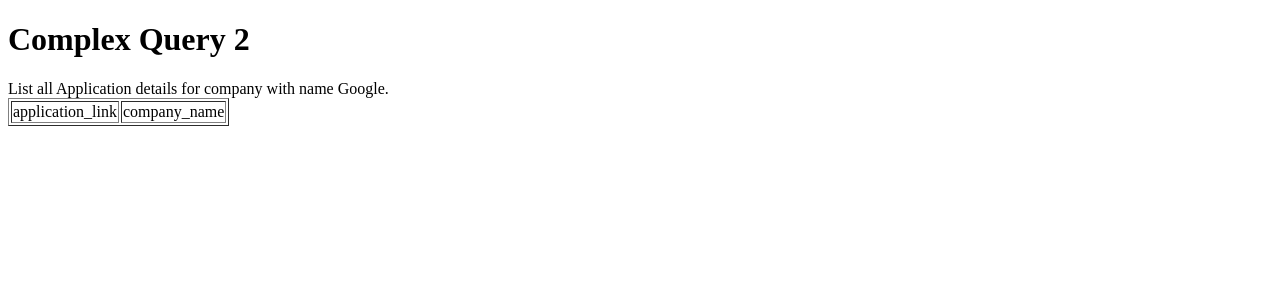
Repository: tanmaysarin/csjobdatabase
Page: http://localhost/CS480Demo/jsps/Queries/CQuery5.jsp
An editor plug-in stored every save of this project. The page is shown before and after the next save, followed by the edit.
The browser window is 1280 px wide. The pictures show the whole page.
The page is served by Tomcat 9. Other server files are loaded and not shown. Queries for data that is not in the repository find no rows.

Above is the page before, as saved 2020-08-02 02:02:13.

### CS480Demo/WebContent/jsps/Queries/CQuery5.jsp
<%@ page language="java" contentType="text/html; charset=UTF-8"
    pageEncoding="UTF-8"%>
<%@ taglib prefix="c" uri="http://java.sun.com/jsp/jstl/core" %>
<%@ taglib prefix="sql" uri="http://java.sun.com/jsp/jstl/sql" %>

<%@page import="java.sql.DriverManager"%>
<%@page import="java.sql.ResultSet"%>
<%@page import="java.sql.Statement"%>
<%@page import="java.sql.Connection"%>
<%
String id = request.getParameter("userid");
String driver = "com.mysql.cj.jdbc.Driver";
String connectionUrl = "jdbc:mysql://localhost:3306/csjobdatabase?useUnicode=true&useJDBCCompliantTimezoneShift=true&useLegacyDatetimeCode=false&serverTimezone=UTC";
//String database = "test";
String userid = "root";
String password = "Tanmay@01";
try {
Class.forName(driver);
} catch (ClassNotFoundException e) {
e.printStackTrace();
}
Connection connection = null;
Statement statement = null;
ResultSet resultSet = null;
%>


<!DOCTYPE html PUBLIC "-//W3C//DTD HTML 4.01 Transitional//EN" "http://www.w3.org/TR/html4/loose.dtd">
<html>
<head>
	<meta http-equiv="Content-Type" content="text/html; charset=UTF-8">

	<title>Complex Query 2</title>
</head>
<body>
	<h1>Complex Query 2</h1>

	List all Application details for company with name Google.


<table border="1">
<tr>

<td>application_link</td>
<td>company_name</td>

</tr>

<%
try{
connection = DriverManager.getConnection(connectionUrl, userid, password);
statement=connection.createStatement();
String sql ="select application_link, company_name " +
			"from results " +
			"inner join applications " +
			"on applications.id = results.application_id " +
			"inner join companies " +
			"on companies.company_id = applications.company_id;";
resultSet = statement.executeQuery(sql);
while(resultSet.next()){
%>
<tr>
<td><%=resultSet.getString("application_link") %></td>
<td><%=resultSet.getString("company_name") %></td>
</tr>
<%
}
connection.close();
} catch (Exception e) {
e.printStackTrace();
}
%>
</table>
</body>
</html>

After the next save:
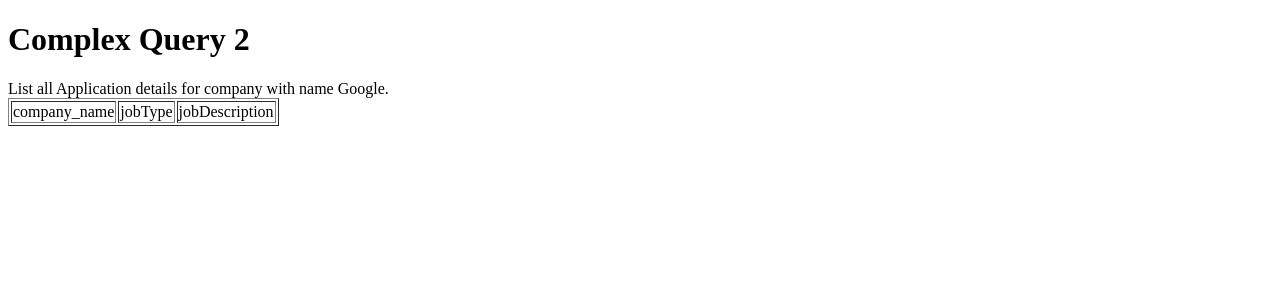
Saved 7 min 41 s later.
--- a/CS480Demo/WebContent/jsps/Queries/CQuery5.jsp
+++ b/CS480Demo/WebContent/jsps/Queries/CQuery5.jsp
@@ -41,8 +41,9 @@ ResultSet resultSet = null;
 <table border="1">
 <tr>
 
-<td>application_link</td>
 <td>company_name</td>
+<td>jobType</td>
+<td>jobDescription</td>
 
 </tr>
 
@@ -50,18 +51,18 @@ ResultSet resultSet = null;
 try{
 connection = DriverManager.getConnection(connectionUrl, userid, password);
 statement=connection.createStatement();
-String sql ="select application_link, company_name " +
-			"from results " +
+String sql ="select company_name, company_jobtype, jobDescription " +
+			"from companies " +
 			"inner join applications " +
-			"on applications.id = results.application_id " +
-			"inner join companies " +
-			"on companies.company_id = applications.company_id;";
+			"on companies.company_id = applications.company_id " +
+			"and company_category = 'FAANG';";
 resultSet = statement.executeQuery(sql);
 while(resultSet.next()){
 %>
 <tr>
-<td><%=resultSet.getString("application_link") %></td>
 <td><%=resultSet.getString("company_name") %></td>
+<td><%=resultSet.getString("company_jobtype") %></td>
+<td><%=resultSet.getString("jobDescription") %></td>
 </tr>
 <%
 }
